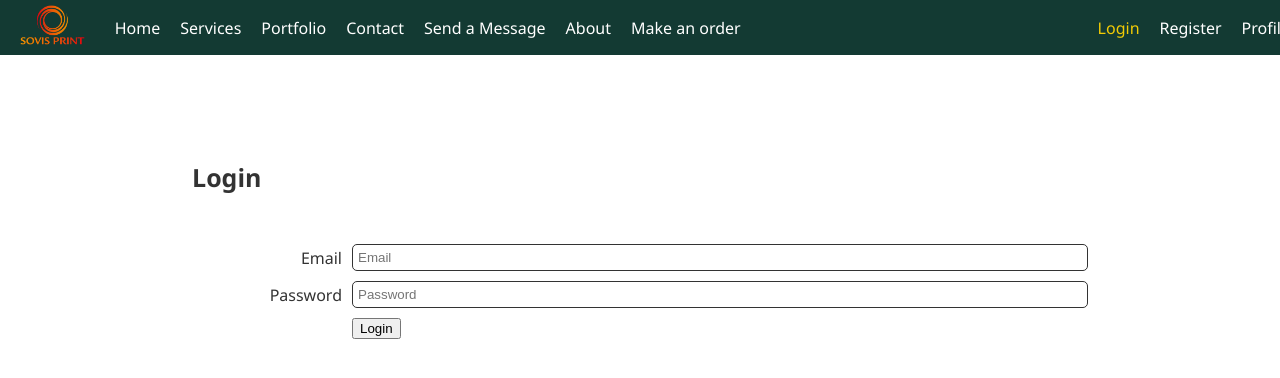
Repository: danichimescu/temafinalareact
Page: /comanda (app in my-app/)
An editor plug-in stored every save of this project. The page is shown before and after the next save, followed by the edit.
The browser window is 1280 px wide. The pictures show the whole page.
The project was rebuilt for these pictures with package versions that can differ from the ones it lists, and the page was loaded fresh each time. Also part of the build but not shown: my-app/vite.config.js, my-app/src/features/Comanda/Comanda.module.css, my-app/src/features/Comanda/Comanda.jsx, my-app/src/features/Mainpage/Mainpage.jsx, my-app/src/features/Auth/Register.jsx, my-app/src/features/Auth/Profile.module.css, my-app/src/features/Auth/Profile.jsx.

Above is the page before, as saved 2026-01-23 12:49:10.

### my-app/index.html
<!doctype html>
<html lang="en">
  <head>
    <meta charset="UTF-8" />
    <link rel="icon" type="image/svg+xml" href="src/assets/logoSovis.png" />
    <meta name="viewport" content="width=device-width, initial-scale=1.0" />
    <title>SoviPrint - an online printing service</title>
  </head>
  <body>
    <div id="root"></div>
    <script type="module" src="/src/main.jsx"></script>
  </body>
</html>

### my-app/src/main.jsx
import { StrictMode } from 'react';
import { createRoot } from 'react-dom/client';
import { App } from './App.jsx';

createRoot(document.getElementById('root')).render(
  <StrictMode>
    <App />
  </StrictMode>,
)

### my-app/src/App.jsx
import { BrowserRouter, Route, Routes } from 'react-router';
import { ToastContainer } from 'react-toastify';
import { Comanda } from './features/Comanda/Comanda';
import { Mainpage } from './features/Mainpage/Mainpage';
import { Login } from './features/Auth/Login';
import { Register } from './features/Auth/Register';
import { Profile } from './features/Auth/Profile';
import { Nav } from './components/Nav/Nav';
import { AuthContextProvider } from './features/Auth/AuthContext';

// import { BoardgameList } from './features/Boardgames/BoardgameList';
// import { BoardgameDetails } from './features/Boardgames/BoardgameDetails';
// import { BoardgameAdd } from './features/Boardgames/BoardgameAdd';
// import { BoardgameEdit } from './features/Boardgames/BoardgameEdit';

import { ProtectedRoute } from './components/ProtectedRoute/ProtectedRoute';


import './App.css';
//*element={<h1>Homepage</h1>} */
export function App() {
  return (
    <BrowserRouter>
      <AuthContextProvider>
        <Nav />
        <Routes>
          <Route path="/"
            element={
              <Mainpage />
            }
          />
          <Route
            path="comanda"
            element={
              <ProtectedRoute>
                <Comanda />
              </ProtectedRoute>
            }
          />

          <Route path="login" element={<Login />} />
          <Route path="register" element={<Register />} />
          <Route
            path="profile"
            element={
              <ProtectedRoute>
                <Profile />
              </ProtectedRoute>
            }
          />
          <Route path="*" element={<h1>404 Not Found</h1>} />
        </Routes>

        <ToastContainer />
      </AuthContextProvider>
    </BrowserRouter>
  );
}

### my-app/src/features/Auth/Login.jsx
import { useEffect, useState } from 'react';
import { toast } from 'react-toastify';
import { email, object, string } from 'zod';
import { useAuthContext } from './AuthContext';
import { useLocation, useNavigate } from 'react-router';
import { validateForm } from '../../utils';

const apiUrl = import.meta.env.VITE_API_URL + '/login';

const loginSchema = object({
  email: email('Please type a valid email address'),
  password: string().min(
    6,
    'Your password needs to be at least 6 characters long'
  ),
});

export function Login() {
  const [formValues, setFormValues] = useState({
    email: '',
    password: '',
  });

  const [errors, setErrors] = useState(null);

  const { user, login } = useAuthContext();
  const navigate = useNavigate();
  const { state } = useLocation();

  useEffect(() => {
    if(user) {
      const from = state?.from || '/';
      navigate(from);
    }
  }, [user, state, navigate])

  function handleInputChange(e) {
    // const newValues = {...formValues};
    // const fieldName = e.target.name;
    // newValues[fieldName] = e.target.value;
    // setFormValues(newValues);

    const newValues = { ...formValues, [e.target.name]: e.target.value };
    if (errors) {
      // daca exista erori in formular doar atunci rulam iar validarea cand se apasa o tasta
      const newErrors = validateForm(newValues, loginSchema);
      if (newErrors) {
        setErrors(newErrors);
      } else {
        setErrors(null);
      }
    }
    setFormValues(newValues);
  }

  async function handleSubmit(e) {
    e.preventDefault();

    const errors = validateForm(formValues, loginSchema);

    if (errors) {
      setErrors(errors);
      return;
    }

    setErrors(null);

    const send2Server = {...formValues};
    delete send2Server.retypePassword;

    const res = await fetch(apiUrl, {
      method: 'POST',
      body: JSON.stringify(send2Server),
      headers: {
        'Content-Type': 'application/json',
      }
    }).then((res) => res.json());

    if(typeof res === 'string') {
      toast.error(res);
      return;
    }

    toast.success('You have been successfully logged in!');
    login(res);
  }

  return (
    <form className="brandForm" noValidate onSubmit={handleSubmit}>
      <h1 className="fullWidth">Login</h1>

      <label htmlFor="email">Email</label>
      <input
        name="email"
        id="email"
        type="email"
        value={formValues.email}
        onChange={handleInputChange}
        placeholder="Email"
      />
      {errors?.email && (
        <p className="errorMessage secondColumn">{errors.email}</p>
      )}

      <label htmlFor="password">Password</label>
      <input
        name="password"
        id="password"
        type="password"
        value={formValues.password}
        onChange={handleInputChange}
        placeholder="Password"
      />
      {errors?.password && (
        <p className="errorMessage secondColumn">{errors.password}</p>
      )}

      <button type="submit" className="secondColumn autoWidth">
        Login
      </button>
    </form>
  );
}

### my-app/src/components/Nav/Nav.jsx
import { Link } from 'react-router';
import { BrandNavLink } from './BrandNavLink';
import { useAuthContext } from '../../features/Auth/AuthContext';
import { HashLink } from 'react-router-hash-link';

import styles from './Nav.module.css';

export function Nav() {
  const { user, logout } = useAuthContext();

  return (
    <nav className={styles.nav} aria-label="main menu">
      <Link to="/">
        <img
          src="src/assets/logoSovis.png" //"../../assets/logoSovis.png"
          alt="Sovis Print logo"
          height="40"
        />
      </Link>

      <menu className={styles.mainMenu}>
        <li>
          { //<BrandNavLink to="/">Home</BrandNavLink>
          }
          <HashLink to="/#home" smooth className={styles.navLink}>
            Home
          </HashLink>
        </li>
        <li>
          <HashLink to="/#services" smooth className={styles.navLink}>
            Services
          </HashLink>
        </li>
        <li>
          <HashLink to="/#portfolio" smooth className={styles.navLink}>
            Portfolio
          </HashLink>
        </li>

        <li>
          <HashLink to="/#contact" smooth className={styles.navLink}>
            Contact
          </HashLink>
        </li>
        <li>
          <HashLink to="/#sendamessage" smooth className={styles.navLink}>
            Send a Message
          </HashLink>
        </li>
        <li>
          <HashLink to="/#about" smooth className={styles.navLink}>
            About
          </HashLink>
        </li>
        <li>
          <BrandNavLink to="/comanda">Make an order</BrandNavLink>
        </li>


        {!user && (
          <>
            <li className={styles.pushRight}>
              <BrandNavLink className={styles.special} to="/login">Login</BrandNavLink>
            </li>
            <li>
              <BrandNavLink to="/register">Register</BrandNavLink>
            </li>
            <li>
              <BrandNavLink to="/profile">Profile</BrandNavLink>
            </li>
          </>
        )}

        {user && (
          <li className={styles.pushRight}>
            Welcome, {user.firstName}!
            <a href="/" onClick={(e) => {
              e.preventDefault();
              logout();
            }}>Logout</a>
          </li>

        )}
      </menu>
    </nav>
  );
}

### my-app/src/features/Auth/AuthContext.jsx
import { createContext, useContext, useState } from 'react';

const AuthContext = createContext(null);

const initialContextValue = {
  accessToken: null,
  user: null,
};

const storageKey = 'auth';

export function AuthContextProvider({ children }) {
  const [auth, setAuth] = useState(() => {
    const fromStorage = localStorage.getItem(storageKey);

    if(fromStorage) {
      return JSON.parse(fromStorage);
    }

    return initialContextValue;
  });

  function login(auth) {
    localStorage.setItem(storageKey, JSON.stringify(auth))
    setAuth(auth);
  }

  function logout() {
    localStorage.removeItem(storageKey);
    setAuth(initialContextValue);
  }

  return <AuthContext value={{ ...auth, login, logout }}>{children}</AuthContext>;
}

export function useAuthContext() {
  const ctx = useContext(AuthContext);

  if(!ctx) {
    throw new Error('The useAuthContext hook needs to be used in a descendant of the AuthContextProvider component!');
  }

  return ctx;
}

### my-app/src/components/ProtectedRoute/ProtectedRoute.jsx
import { Navigate, useLocation } from 'react-router';
import { useAuthContext } from '../../features/Auth/AuthContext';

export function ProtectedRoute({ children }) {
  const { user } = useAuthContext();

  const { pathname } = useLocation();

  // const navigate = useNavigate();
  // useEffect(() => {
  //   if (!user) {
  //     navigate('/login', { state: { from: pathname } });
  //   }
  // }, [user, navigate]);

  if(!user) {
    return <Navigate to="/login" state={{from: pathname}} />;
  }

  return children;
}

### my-app/src/App.css
:root {
  --brand-gray: #333;
  --text-color: var(--brand-gray);
  --text-on-dark-color: #fff;
  --primary-color: #267365;
  --primary-dark-color: color-mix(in srgb, var(--primary-color) 50%, #000);
  --primary-light-color: color-mix(in srgb, var(--primary-color) 50%, #fff);
  --secondary-color: #F2CB05;

  --highlight-color: #F23030;
  --highlight-light-color: #F28705;
  --highlight-lighter-color: #F29F05;


  --orange: #FF6B00;
  --dark-orange: #E55D00;
  --light-gray: #f4f4f4;
  --dark-gray: #333;
  --white: #ffffff;
  /* --section-padding: 100px 20px; */
    --section-padding: 100px 0px;
  --content-max-width: 1200px;
  --border-radius: 0px;
  --transition-speed: 0.3s;


}

html {
  color: var(--text-color);
  font-family: 'Segoe UI', Tahoma, Geneva, Verdana, sans-serif;
  font-size: 62.5%;
  scroll-behavior: smooth;
}

body {
  margin: 0;
  padding: 0;
  /* box-sizing: border-box;*/

  font-size: 1.6rem;
}


:link {
  color: var(--primary-color);

  &:hover,
  &:active {
    color: var(--primary-light-color);
  }
}

:visited {
  color: var(--primary-dark-color);
}

.hidden {
  display: none !important;
}

.brandForm {
  display: grid;
  gap: 1rem;
  grid-template-columns: 150px 1fr;

  width: 70vw;
  margin: 0 auto;
  padding: var(--section-padding);

  &>label {
    justify-self: end;
    align-self: center;
  }

  & input:not([type=checkbox], [type=radio], [type=color], [type=range]) {
    padding: .5rem;

    border: 1px solid var(--text-color);
    border-radius: 5px;
  }

  & .errorMessage {
    color: var(--highlight-color);
    margin-top: 0;
  }
}

.fullWidth {
  grid-column: 1 / -1;
}

.secondColumn {
  grid-column-start: 2;
}

.autoWidth {
  justify-self: start;
}
/* /added */

/*Toastify CSS Overrides */
.Toastify {
  position: fixed;
  z-index: 9999;
}
section {
    min-height: calc(100vh - 200px);
    width: 100%;
    background-size: cover;
    background-position: center;
    background-repeat: no-repeat;
    color: var(--white);
    padding: var(--section-padding);
    text-align: center;
}
/* Section Titles */
section h1,
section h2 {
    font-size: 2.5rem;
    margin-bottom: 40px;
}

h1 {
    font-size: 2.5rem;
    margin-top: 60px;
    /* padding-top: 55px; */
    margin-bottom: 40px;
}

/*
  CSS Selector Specificity:

  *      -> 0
  Element (body, div, article, html), ::pseudo-element (::after, ::selection) -> 1
  .class, :pseudo-class (:hover, :active), [attr] -> 10
  #id    -> 100

  .mainMenu a:hover -> 21

  id | class | element
  1       0       0

  0     10      0

  0.10.0
  .
  .
  0.255.0
  1.0.0
*/

### my-app/src/features/Mainpage/mainpage.module.css


nav {
    position: fixed;
    top: 0;
    width: 100%;
    background: rgba(0, 0, 0, 0.8);
    backdrop-filter: blur(10px);
    padding: 1rem 2rem;
    z-index: 1000;
}

.nav-container {
    max-width: 1200px;
    margin: 0 auto;
    display: flex;
    justify-content: space-between;
    align-items: center;
    animation-name: fadeInDown;
    animation-duration: 1s;
}

.mylogo {
    color: rgb(234, 133, 18);
    font-size: 1.5rem;
    font-weight: bold;
}

.nav-lista {
    display: flex;
    gap: 2rem;
    list-style: none;
}

.nav-lista a {
    color: white;
    text-decoration: none;
    font-size: 1rem;
    transition: color 0.3s ease;
}

.nav-lista a:hover {
    color: #ff8c00;
}
/* End of Navigation Styles */




/* Section Titles */
section h1,
section h2 {
    font-size: 2.5rem;
    margin-bottom: 40px;
}

/* Section Background Images */

.services-section { background-image: url('src/assets/section2.jpg'); }
.portfolio-section { background-image: url('src/assets/section3.jpg'); padding: 60px 20px; }
.order-section { background-image: url('src/assets/section4.jpg'); }
.contact-section { background-image: url('src/assets/section5.jpg'); }
.message-section { background-image: url('src/assets/section6b.jpg'); }
.about-section { background-image: url('src/assets/section6.jpg'); }



/* ========================================
   Home Section (with video)
   ======================================== */
.home_class {
    height: 100vh;
    display: flex;
    flex-direction: column;
    justify-content: center;
    align-items: center;
    position: relative;
    padding: 0;
}

.video-container-back {
    position: absolute;
    top: 0;
    left: 0;
    right: 0;
    width: 100%;
    height: 100%;
    overflow: hidden;
    z-index: -2;
}

.myVideo {
    position: absolute;
    top: 50%;
    left: 50%;
    min-width: 100%;
    min-height: 100%;
    width: auto;
    height: auto;
    transform: translate(-50%, -50%);
    object-fit: cover;
}

.video-overlay {
    position: absolute;
    top: 0;
    left: 0;
    width: 100%;
    height: 100%;
    background: rgba(0, 0, 0, 0.356);
}

.home_content {
    position: relative;
    z-index: 200;
    max-width: 600px;
    color: var(--white);
    display: flex;
    flex-direction: column;
    justify-content: flex-end;
    animation: fadeInUp 1s ease;
}

.home_content h1 {
    font-size: 4rem;
    margin-bottom: 1.5rem;
    text-shadow: 2px 2px 10px rgba(0, 0, 0, 0.7);
    line-height: 1.2;
}

.home_content p {
    font-size: 1.3rem;
    line-height: 1.8;
    margin-bottom: 2rem;
    text-shadow: 1px 1px 5px rgba(0, 0, 0, 0.7);
    opacity: 0.95;
}

/* ========================================
   Services Section
   ======================================== */
/* #services {
    height: 100vh;
    display: flex;
    flex-direction: column;
    justify-content: center;
    align-items: center;
} */

/* .services_content {
    margin-bottom: 1px;
} */

.services-grid {
    display: grid;
    grid-template-columns: repeat(3, 1fr);
    gap: 30px;
    max-width: var(--content-max-width);
    margin: 0 auto;
    text-align: left;
    animation: fadeInUp 1s ease;
}

.service {
    background: rgb(252, 236, 220);
    fill-opacity: 80%;
    padding: 20px;
    border-radius: 8px;
    box-shadow: 0 4px 12px rgba(0, 0, 0, 0.1);
    text-align: left;
    transition: transform 0.8s;
}

.service h3 {
    margin-bottom: 10px;
    font-size: 2rem;
    color: #222;
}

.service p {
    color: #555;
    line-height: 1.5;
    font-size: 1.5rem;
}

/* ========================================
   Portfolio / Gallery Section
   ======================================== */
.portfolio_content {
    min-height: 80vh;
    display: flex;
    justify-content: center;
    align-items: center;
    padding: 10px;
}

.gallery-container {
    border-radius: 20px;
    box-shadow: 0 20px 60px rgba(0, 0, 0, 0.3);
    max-width: 900px;
    width: 100%;
    overflow: hidden;
}

.gallery-header {
    padding: 20px;
    text-align: center;
}

.gallery-header h1 {
    font-size: 2em;
    margin-bottom: 5px;
}

.image-counter {
    font-size: 0.9em;
    opacity: 0.9;
}

.image-display {
    position: relative;
    height: 400px;
    display: flex;
    justify-content: center;
    align-items: center;
    overflow: hidden;
}

.image-display img {
    max-width: 100%;
    max-height: 100%;
    object-fit: contain;
    display: block;
}

.loading-message {
    color: #666;
    font-size: 1.2em;
}

.controls {
    display: flex;
    justify-content: space-between;
    align-items: center;
    padding: 20px;
}

.nav-button {
    background: linear-gradient(135deg, #eac066 0%, #e9b3aa 100%);
    border: none;
    padding: 12px 30px;
    font-size: 1em;
    border-radius: 25px;
    cursor: pointer;
    transition: all var(--transition-speed) ease;
    font-weight: bold;
    box-shadow: 0 4px 15px rgba(102, 126, 234, 0.4);
}

.nav-button:hover:not(:disabled) {
    transform: translateY(-2px);
    box-shadow: 0 6px 20px rgba(102, 126, 234, 0.6);
}

.nav-button:active:not(:disabled) {
    transform: translateY(0);
}

.nav-button:disabled {
    background: #ccc;
    cursor: not-allowed;
    box-shadow: none;
}

.thumbnail-strip {
    display: flex;
    gap: 10px;
    padding: 10px;
    overflow-x: auto;
    border-top: 1px solid #eee;
}

.thumbnail {
    min-width: 60px;
    height: 60px;
    border-radius: 8px;
    overflow: hidden;
    cursor: pointer;
    border: 3px solid transparent;
    transition: all var(--transition-speed) ease;
}

.thumbnail:hover {
    transform: scale(1.05);
}

.thumbnail.active {
    border-color: #667eea;
    box-shadow: 0 4px 12px rgba(102, 126, 234, 0.4);
}

.thumbnail img {
    width: 100%;
    height: 100%;
    object-fit: cover;
}

.error-message {
    color: #d32f2f;
    text-align: center;
    padding: 20px;
}

.shortcuts {
    text-align: center;
    padding: 10px;
    font-size: 0.85em;
    color: var(--white);
}

/* ========================================
   Order Section
   ======================================== */
.order h2 {
    font-size: 42px;
    color: wheat;
}

.order-form {
    max-width: 600px;
    margin: 0 auto;
    background: rgba(255, 255, 255, 0.588);
    padding: 40px;
    border-radius: var(--border-radius);
    box-shadow: 0 5px 20px rgba(0, 0, 0, 0.1);
}

.form-group {
    margin-bottom: 25px;
}

.form-group label {
    display: block;
    margin-bottom: 8px;
    color: var(--dark-gray);
    font-weight: 500;
}

.form-group select,
.form-group input {
    width: 100%;
    padding: 12px;
    border: 2px solid #ddd;
    border-radius: 5px;
    font-size: 16px;
    transition: border-color var(--transition-speed);
}

.form-group select:focus,
.form-group input:focus {
    outline: none;
    border-color: var(--orange);
}

.price-result {
    background: var(--orange);
    color: var(--white);
    padding: 20px;
    border-radius: 5px;
    text-align: center;
    font-size: 24px;
    font-weight: bold;
    margin-top: 20px;
    margin-bottom: 20px;
    display: none;
}

.calculate-btn {
    width: 100%;
    padding: 15px;
    background: var(--orange);
    border: none;
    border-radius: 5px;
    font-size: 18px;
    cursor: pointer;
    transition: background var(--transition-speed);
}

.calculate-btn:hover {
    background: var(--dark-orange);
}

/* ========================================
   Two-Column Layout (Contact & About)
   ======================================== */

.gallery-container {
    border-radius: 20px;
    box-shadow: 0 20px 60px rgba(0, 0, 0, 0.3);
    max-width: 900px;
    width: 100%;
    overflow: hidden;
}

/* Section Wrapper - used for Contact & About */
.section-wrapper {
    min-height: 80vh;
    display: flex;
    flex-direction: column;
    justify-content: center;
    align-items: center;
    padding: 40px 20px;
    max-width: 1200px;
    margin: 0 auto;
}

/* Section Title - centered above two columns */
.section-title {
    text-align: center;
    font-size: 2.5rem;
    margin-bottom: 40px;
    color: var(--white);
}

/* Two Column Container */
.two-column {
    display: flex;
    gap: 40px;
    width: 100%;
    max-width: 1200px;
}

/* One Column Container */
.one-column {
    width: 85%;
    max-width: 1200px;
    margin: 0 auto;
    padding: 40px;
    background: rgb(252, 236, 220, 0.80);
    border-radius: var(--border-radius);
    text-align: center;
    border-radius: 20px;
}

.one-column h3 {
    color: var(--orange);
    margin-bottom: 20px;
    font-size: 1.8rem;
}

.one-column p {
    margin-bottom: 15px;
    font-size: 1.5rem;
    color: rgb(0, 0, 0);
    line-height: 1.6;
}

.one-column input,
.one-column textarea {
    width: 100%;
    padding: 15px;
    margin-bottom: 20px;
    border: 2px solid #ddd;
    border-radius: 5px;
    background: rgba(255, 255, 255, 0.9);
    color: rgb(0, 0, 0);
    font-size: 1.5rem;
}

.one-column input:focus,
.one-column textarea:focus {
    outline: none;
    border-color: var(--orange);
}

.one-column input::placeholder,
.one-column textarea::placeholder {
    color: rgba(0, 0, 0, 0.5);
}

.one-column textarea {
    height: 150px;
    resize: vertical;
}

/* Left Column */
.column-left {
    flex: 1;
    padding: 30px;
    border-radius: var(--border-radius);
    background: rgba(194, 193, 193, 0.749);
}

.column-left h3 {
    color: var(--orange);
    margin-bottom: 20px;
}

.column-left p {
    margin-bottom: 15px;
    font-size: 1rem;
    color: rgb(0, 0, 0);
}

/* Right Column */
.column-right {
    flex: 1;
    padding: 30px;
    border-radius: var(--border-radius);
    background: rgba(116, 116, 116, 0.749);
}

.column-right p {
    font-size: 1.5rem;
    line-height: 1.8;
    color: var(--white);
    margin-bottom: 20px;
}

/* About Section - Left column as team image */
.about-section .column-left {
    background-image: url('src/assets/images/team1.jpg');
    background-size: cover;
    background-position: center;
    background-repeat: no-repeat;
    display: flex;
    align-items: center;
    justify-content: center;
    color: var(--white);
    font-size: 2rem;
    min-height: 300px;
}

/* About Section - Right column text */
.about-section .column-right {
    background-color: antiquewhite;
}

.about-section .column-right p {
    color: var(--dark-gray);
}

.map-container {
    width: 100%;
    height: 300px;
    border-radius: var(--border-radius);
    overflow: hidden;
    margin-top: 20px;
}

.column-right input,
.column-right textarea {
    width: 100%;
    padding: 12px;
    margin-bottom: 20px;
    border: 2px solid rgba(255, 255, 255, 0.2);
    border-radius: 5px;
    background: rgba(255, 255, 255, 0.1);
    color: rgb(0, 0, 0);
    font-size: 1rem;
}

.column-right input::placeholder,
.column-right textarea::placeholder {
    color: rgba(0, 0, 0, 0.6);
}

.column-right textarea {
    height: 150px;
    resize: vertical;
}

.submit-btn {
    width: 100%;
    padding: 15px;
    background: var(--orange);
    color: rgb(0, 0, 0);
    border: none;
    border-radius: 5px;
    font-size: 1rem;
    cursor: pointer;
    transition: background var(--transition-speed);
}

.submit-btn:hover {
    background: var(--dark-orange);
}

/* ========================================
   Utility Classes
   ======================================== */
.hidden {
    display: none;
}

/* ========================================
   Animations
   ======================================== */
@keyframes fadeInDown {
    from {
        opacity: 0;
        translate: 0px -20px;
    }
    to {
        opacity: 1;
        translate: 0px 0px;
    }
}

@keyframes fadeInUp {
    from {
        opacity: 0;
        transform: translateY(40px);
    }
    to {
        opacity: 1;
        transform: translateY(0);
    }
}

/* ========================================
   Responsive Design
   ======================================== */
@media (max-width: 900px) {
    .services-grid {
        grid-template-columns: repeat(2, 1fr);
    }

    .two-column {
        flex-direction: column;
    }

    .column-left,
    .column-right {
        min-height: 300px;
    }
}

@media (max-width: 768px) {
    .home_content h1 {
        font-size: 2.5rem;
    }

    .home_content p {
        font-size: 1.1rem;
    }

    .nav-lista {
        gap: 1rem;
    }

    .nav-lista a {
        font-size: 0.9rem;
    }

    section h1,
    section h2 {
        font-size: 2rem;
    }
}

@media (max-width: 600px) {
    .services-grid {
        grid-template-columns: 1fr;
    }

    .nav-lista {
        gap: 0.5rem;
        flex-wrap: wrap;
        justify-content: center;
    }
}
/* ========================================
   End of File
   ======================================== */

### my-app/src/components/Nav/BrandNavLink.jsx
import { NavLink } from 'react-router';
import clsx from 'clsx';

import styles from './Nav.module.css';

export function BrandNavLink(props) {
  const receivedCls = props.className;
  return (
     <NavLink
        {...props}
        className={({ isActive }) => clsx(receivedCls,  {[styles.active]: isActive})}
      />
  )
}

### my-app/src/components/Nav/Nav.module.css
.nav {
  position: fixed;
  top: 0;
  left: 0;
  width: 100%;
  z-index: 1000;

  display: flex;
  gap: 2rem;
  align-items: center;
  padding: 0.5rem 2rem;

  background: var(--primary-dark-color);
  color: var(--text-on-dark-color);
}

.mainMenu {
  display: flex;
  flex-grow: 1;

  margin: 0;
  padding: 0;
  padding-inline-start: 0;

  list-style: none;

  /* CSS nesting */
  & a {
    /* .mainMenu a { } */
    display: inline-block;
    padding: 1rem;

    color: inherit;
    text-decoration: none;

    &:hover {
      /* .mainMenu a:hover { } */
      text-decoration: underline;
    }

    &.special {
      color: red;
    }

    &.active {
      color: var(--secondary-color);
    }

  }
}

.pushRight {
  margin-left: auto;
}

Loaded but not shown: my-app/src/utils.js (73 lines, source omitted)

After the next save:
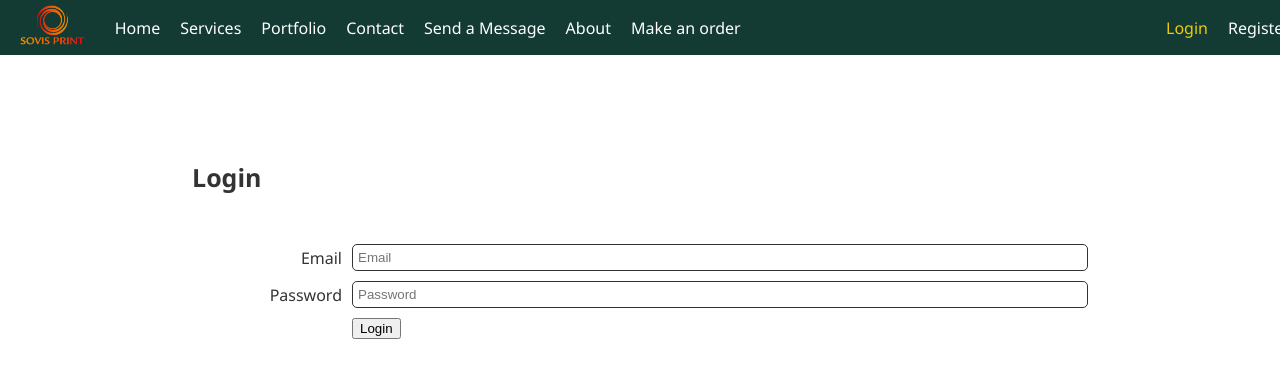
Saved 116 s later.
--- a/my-app/src/components/Nav/Nav.jsx
+++ b/my-app/src/components/Nav/Nav.jsx
@@ -65,13 +65,12 @@ export function Nav() {
             <li>
               <BrandNavLink to="/register">Register</BrandNavLink>
             </li>
-            <li>
-              <BrandNavLink to="/profile">Profile</BrandNavLink>
-            </li>
+
           </>
         )}
 
         {user && (
+           <>
           <li className={styles.pushRight}>
             Welcome, {user.firstName}!
             <a href="/" onClick={(e) => {
@@ -79,7 +78,10 @@ export function Nav() {
               logout();
             }}>Logout</a>
           </li>
-
+           <li>
+              <BrandNavLink to="/profile">Profile</BrandNavLink>
+            </li>
+          </>
         )}
       </menu>
     </nav>
